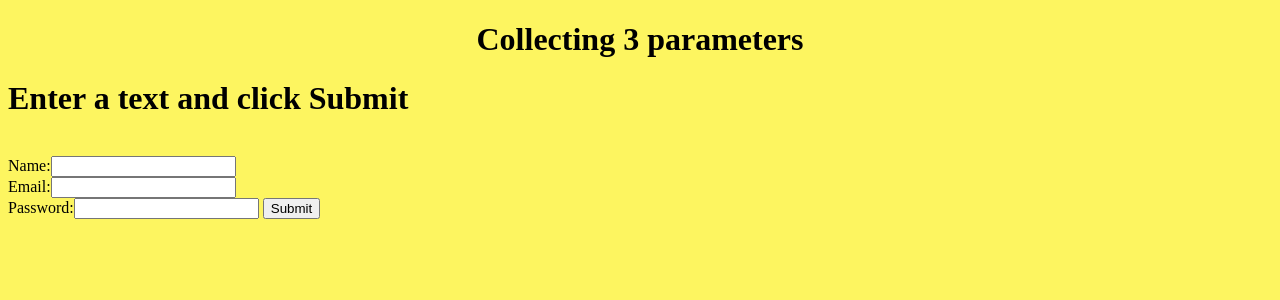
Repository: sujay1995/ajplabs
Page: http://localhost/lab8/Param.jsp
An editor plug-in stored every save of this project. The page is shown before and after the next save, followed by the edit.
The browser window is 1280 px wide. The pictures show the whole page.
The page is served by Tomcat 9.

Above is the page before, as saved 2019-10-16 08:33:04.

### lab8/WebContent/Param.jsp
<%@ page language="java" contentType="text/html; charset=UTF-8"
    pageEncoding="UTF-8"%>
<!DOCTYPE html>
<html>
<head>
<meta charset="UTF-8">
<title>Insert title here</title>
</head>
<body bgcolor="#FDDF5E6">
<h1 align="center">Collecting 3 parameters</h1>
<form name="testForm" action="Paramfwd.jsp">
          <H1>Enter a text and click Submit</H1>
          <br/>
           Name:<input type="text" name="testParam"><br/>
           Email:<input type="text" name="email"><br/>
           Password:<input type="password" name="pwd">
           <input type="submit">
        </form>
</body>
</html>

After the next save:
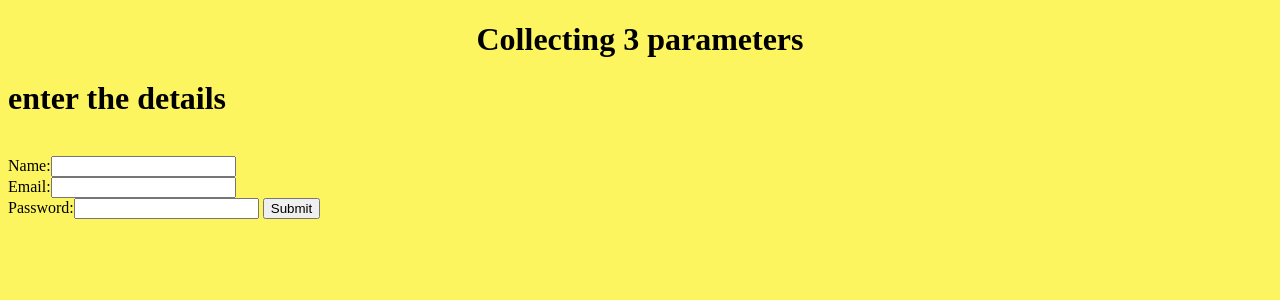
Saved 39 s later.
--- a/lab8/WebContent/Param.jsp
+++ b/lab8/WebContent/Param.jsp
@@ -9,7 +9,7 @@
 <body bgcolor="#FDDF5E6">
 <h1 align="center">Collecting 3 parameters</h1>
 <form name="testForm" action="Paramfwd.jsp">
-          <H1>Enter a text and click Submit</H1>
+          <H1>enter the details</H1>
           <br/>
            Name:<input type="text" name="testParam"><br/>
            Email:<input type="text" name="email"><br/>
